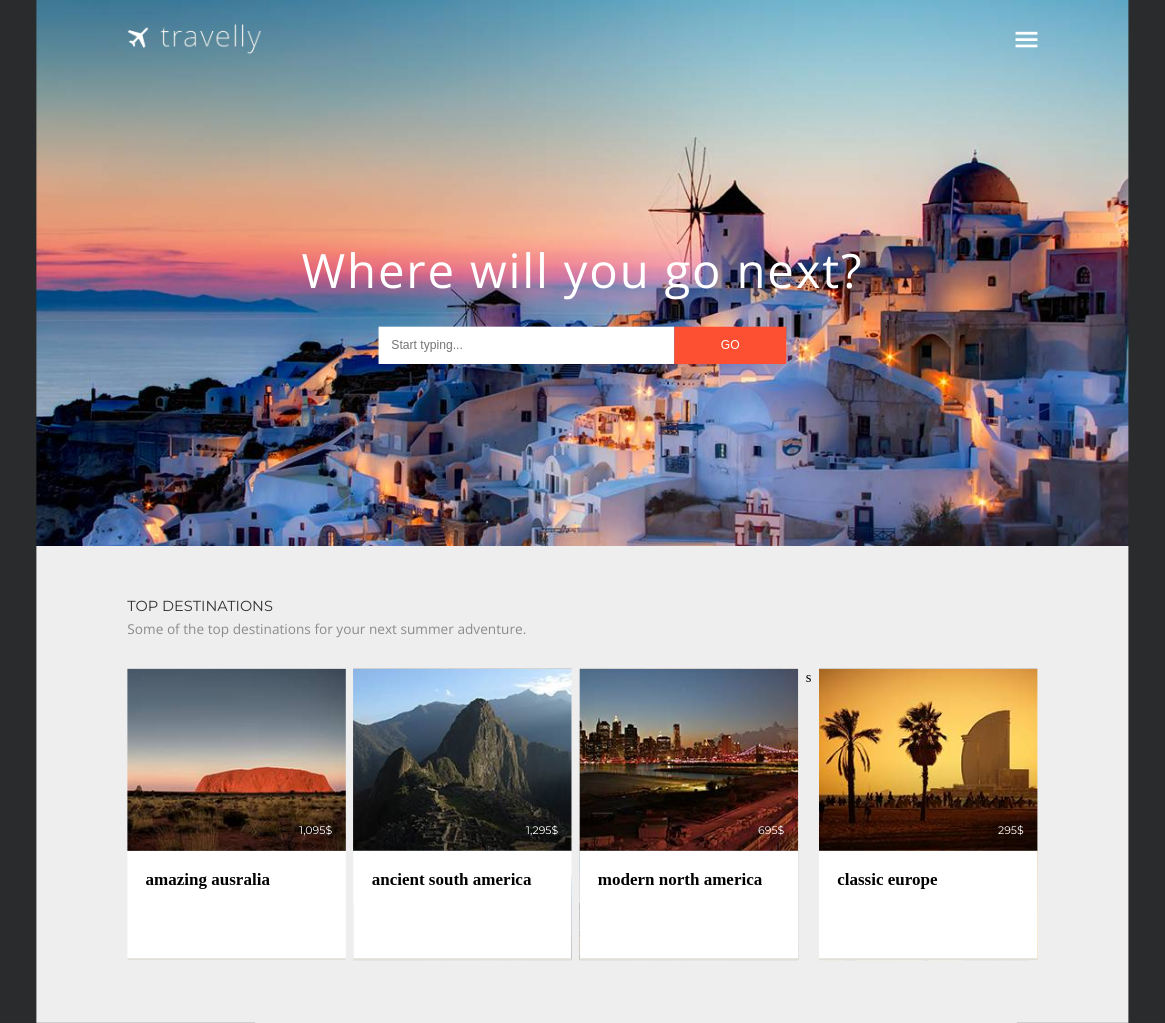
Repository: YusifHasanov/Web-Page-Template
Page: index.html
The author's editor kept a copy of each file at every save. The page is drawn from the files as they stood at one save, then again after a run of saves.
The browser window is 1280 px wide. The pictures show the whole page, at 91% of full size.

Above is the page before, as saved 2021-12-05 21:37:35.

After the next 2 saves:
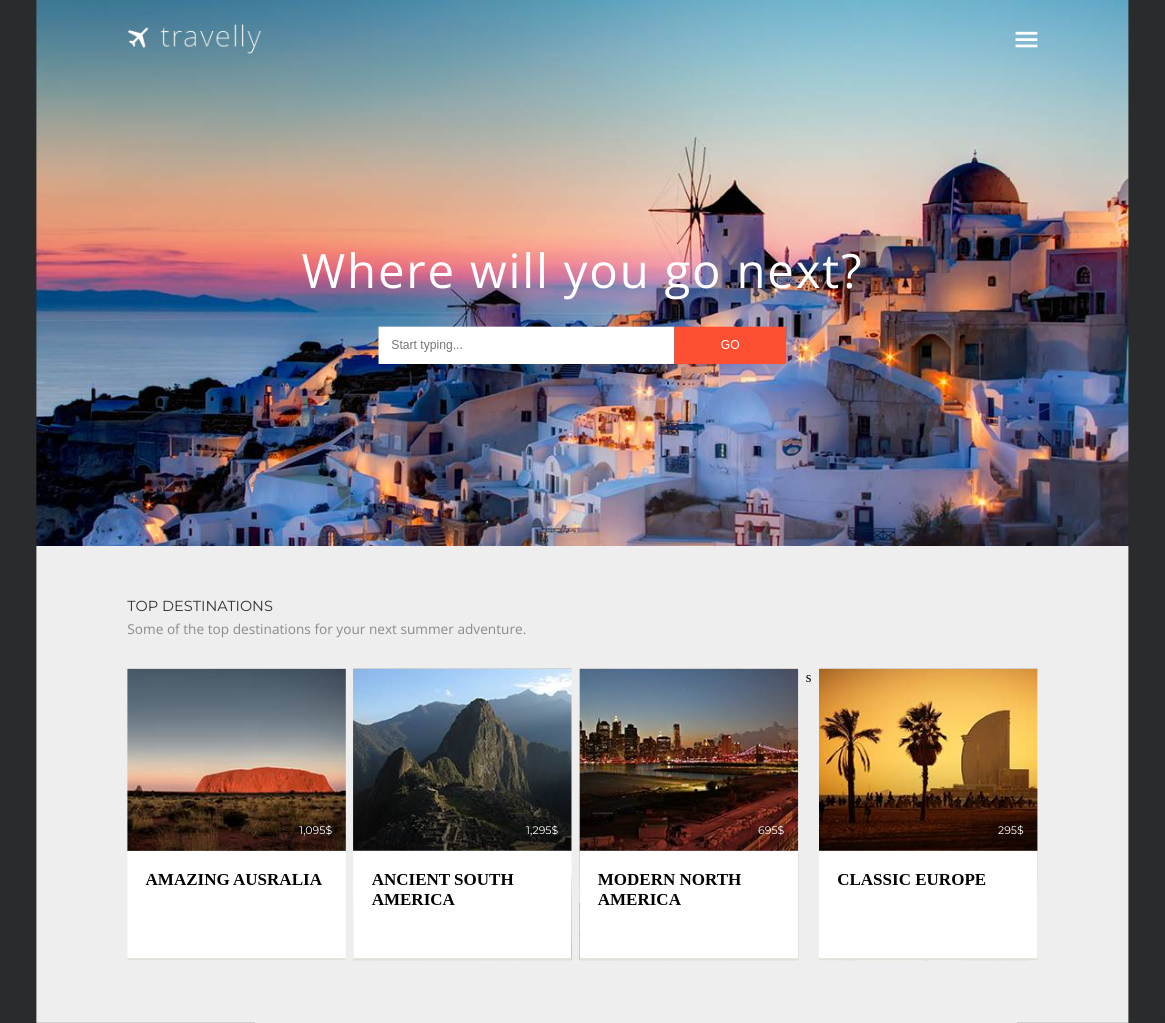
The 2 saves are shown as one change because they came seconds apart.
The last was saved 52 s later.
--- a/css/style.css
+++ b/css/style.css
@@ -153,3 +153,7 @@ button[type='submit'] {
   padding-left: 20px;
   padding-top: 20px;
 }
+
+.down > h3 {
+  text-transform: uppercase;
+}
